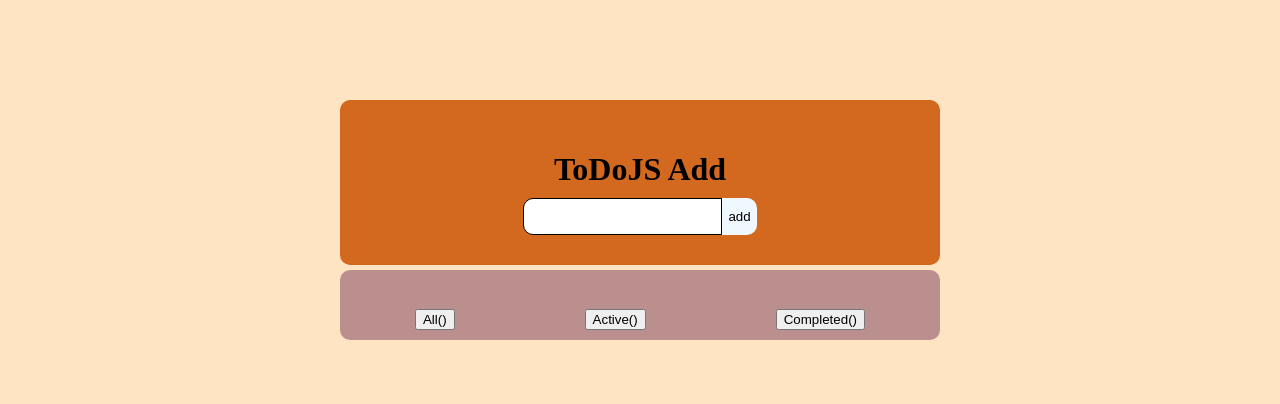
Repository: Savich01/todoTest
Page: index.html
The author's editor kept a copy of each file at every save. The page is drawn from the files as they stood at one save, then again after the next save.
The browser window is 1280 px wide. The pictures show the whole page.

Above is the page before, as saved 2024-05-03 15:20:52.

After the next save:
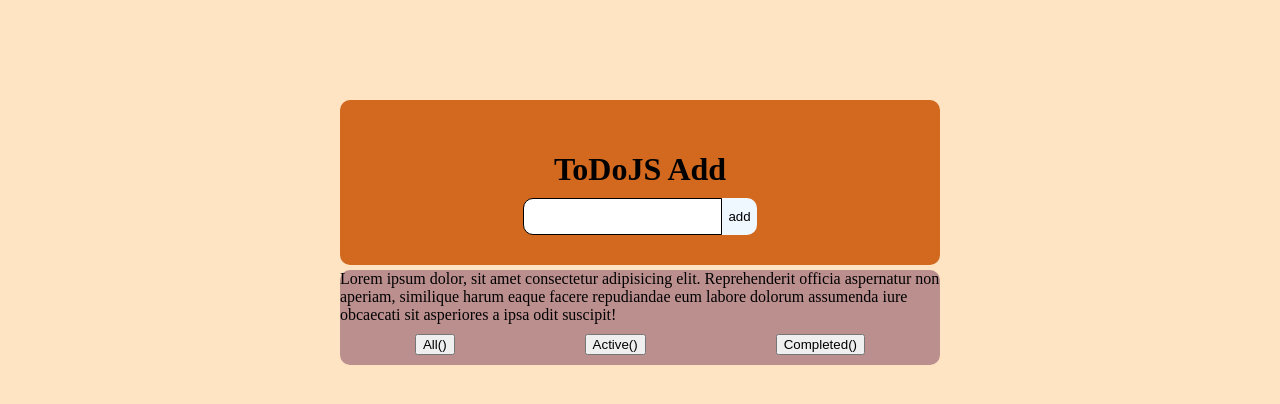
Saved 29 s later.
--- a/index.html
+++ b/index.html
@@ -21,7 +21,7 @@
      <main class="main">
         <div class="main-block">
             <div class="main-container">
-
+              Lorem ipsum dolor, sit amet consectetur adipisicing elit. Reprehenderit officia aspernatur non aperiam, similique harum eaque facere repudiandae eum labore dolorum assumenda iure obcaecati sit asperiores a ipsa odit suscipit!
             </div>
             <div class="main-button">
                  <button class="main-btn1">All()</button>
